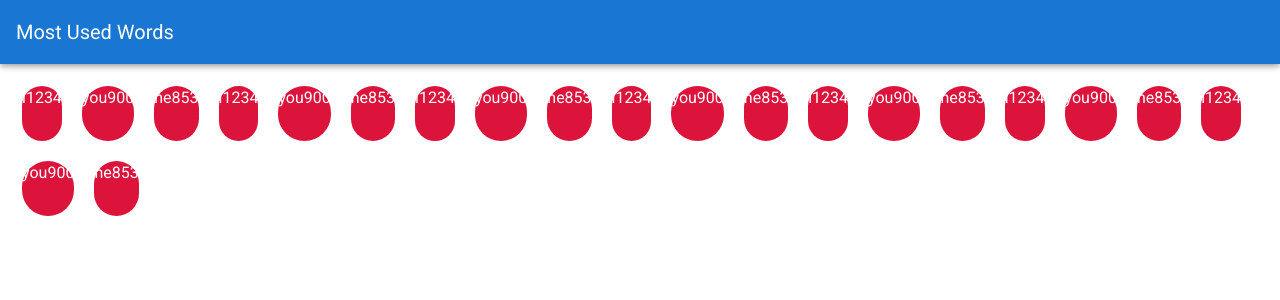
Repository: WillianPer/MOST-USED-WORDS
Page: /
The author's editor kept a copy of each file at every save. The page is drawn from the files as they stood at one save, then again after the next save.
The browser window is 1280 px wide. The pictures show the whole page.
The project was rebuilt for these pictures with package versions that can differ from the ones it lists, and the page was loaded fresh each time. Also part of the build but not shown: vue.config.js.

Above is the page before, as saved 2022-09-05 21:45:36.

After the next save:
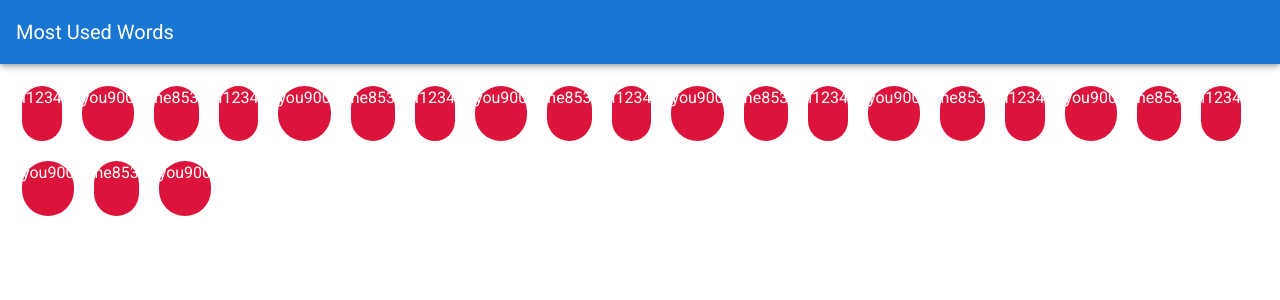
Saved 4 min 31 s later.
--- a/src/components/HomeVue.vue
+++ b/src/components/HomeVue.vue
@@ -35,6 +35,7 @@ export default {
                 { name: "i", amount: 1234 },
                 { name: "you", amount: 900 },
                 { name: "he", amount: 853 },
+                { name: "you", amount: 900 },
             ]
         }
     }
